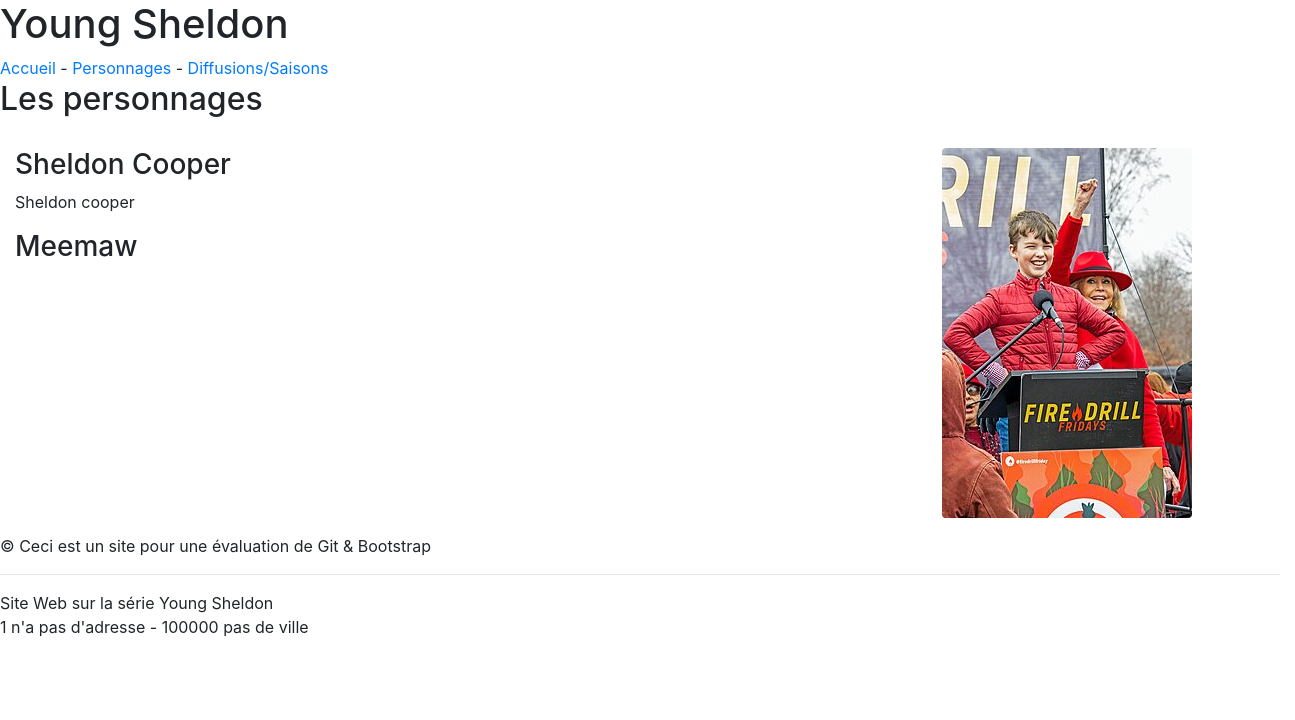
Repository: jkoz-dev/Site_Web_Young_Sheldon_KOZIEL.github.io
Page: personnages.html
These files come from the project's save history. The page is drawn as it stood at one moment and after the next save; the edit follows.
The browser window is 1280 px wide. The page is 1280 px wide, then 1295 px, so the pictures cover 1295 px, including what lies to the right of the window. The pictures show the whole page.

Above is the page before, as saved 2025-12-12 11:30:50.

### personnages.html
<!DOCTYPE html>
<html lang="fr">

<head> <!-- En-tête de la page -->
    <meta charset="utf-8" /> <!-- Cette balise indique l'encodage utilisé dans votre fichier .html ici utf-8 -->
    <title>Young Sheldon</title> <!-- Ce titre s'affiche dans l'onglet du navigateur -->
    <meta name="viewport" content="width=device-width, initial-scale=1, shrink-to-fit=no">
    <link rel="stylesheet" href="https://cdn.jsdelivr.net/npm/bootstrap@4.5.3/dist/css/bootstrap.min.css"
        integrity="sha384-TX8t27EcRE3e/ihU7zmQxVncDAy5uIKz4rEkgIXeMed4M0jlfIDPvg6uqKI2xXr2" crossorigin="anonymous">
    <link rel="stylesheet" href="style.css" />
</head>

<body> <!-- Corps de la page -->

    <!-- HEADER Titre de la page -->
    <header>
        <h1>Young Sheldon</h1>
    </header>
    <!-- MENU PRINCIPAL -->
    <nav><a href="index.html">Accueil</a> - <a href="personnages.html">Personnages</a> - <a
            href="saisons.html">Diffusions/Saisons</a></nav>

    <!-- ZONE PRINCIPALE -->
     <h2>Les personnages</h2>
    <div class="container-fluid" style="margin-top:30px;">
        <div class="row">
            <div class="col-sm-8">
                <h3>Sheldon Cooper</h3>
                <p>Sheldon cooper </p>
                <h3> Meemaw</h3>
            </div>
            <div class="col-sm-4">
                <figure>
                    <img src="./images/sheldon_cooper.jpg" class="rounded mx-auto d-block" alt="Sheldon Cooper"/>
                </figure>
            </div>
        </div>
    </div>
            <footer>
                <p>&copy; Ceci est un site pour une évaluation de Git & Bootstrap </p>
                <hr>
                <address>Site Web sur la série Young Sheldon <br> 1 n'a pas d'adresse - 100000 pas de ville</address>
            </footer>
</body>

</html>

Loaded but not shown: style.css (no stored copy; drawn as an empty file)

After the next save:
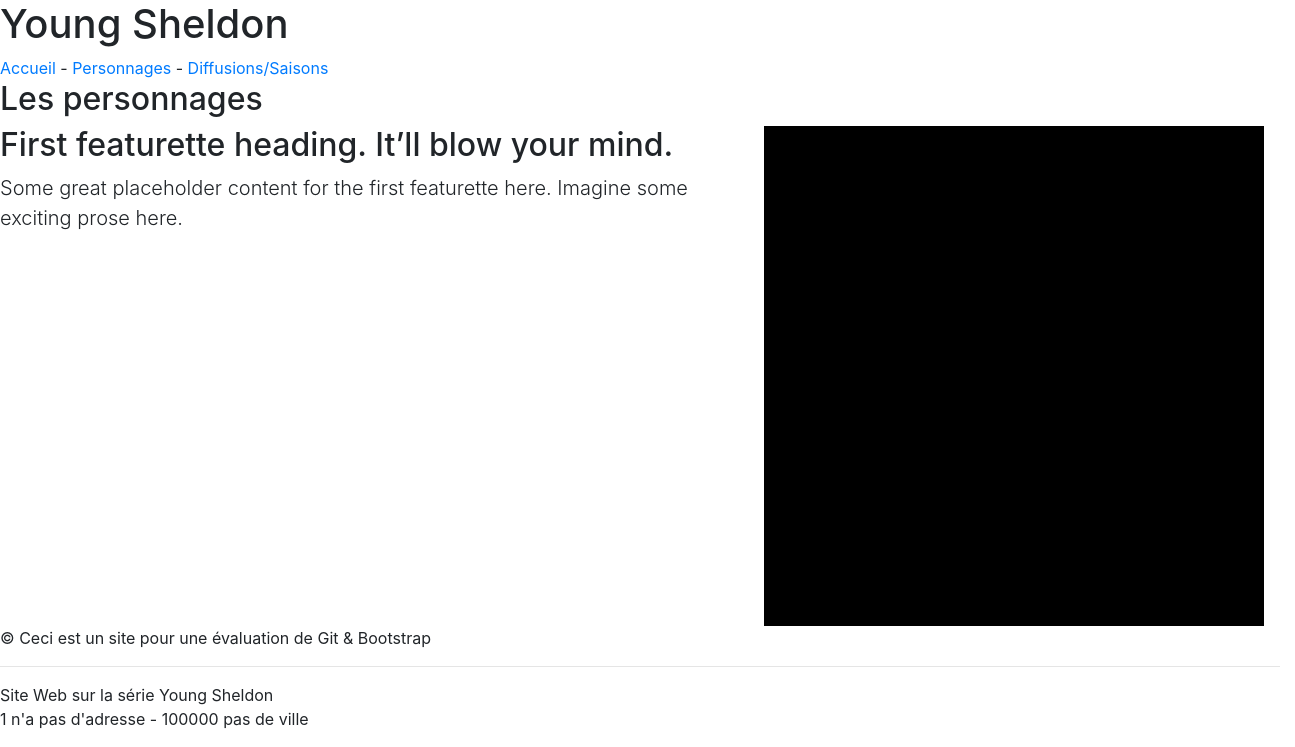
Saved 68 s later.
--- a/personnages.html
+++ b/personnages.html
@@ -21,26 +21,27 @@
             href="saisons.html">Diffusions/Saisons</a></nav>
 
     <!-- ZONE PRINCIPALE -->
-     <h2>Les personnages</h2>
-    <div class="container-fluid" style="margin-top:30px;">
-        <div class="row">
-            <div class="col-sm-8">
-                <h3>Sheldon Cooper</h3>
-                <p>Sheldon cooper </p>
-                <h3> Meemaw</h3>
-            </div>
-            <div class="col-sm-4">
-                <figure>
-                    <img src="./images/sheldon_cooper.jpg" class="rounded mx-auto d-block" alt="Sheldon Cooper"/>
-                </figure>
-            </div>
+    <h2>Les personnages</h2>
+    <div class="row featurette">
+        <div class="col-md-7">
+            <h2 class="featurette-heading fw-normal lh-1">First featurette heading. <span
+                    class="text-body-secondary">It’ll blow your mind.</span></h2>
+            <p class="lead">Some great placeholder content for the first featurette here. Imagine some exciting prose
+                here.</p>
         </div>
+        <div class="col-md-5"> <svg aria-label="Placeholder: 500x500"
+                class="bd-placeholder-img bd-placeholder-img-lg featurette-image img-fluid mx-auto" height="500"
+                preserveAspectRatio="xMidYMid slice" role="img" width="500" xmlns="http://www.w3.org/2000/svg">
+                <title>Placeholder</title>
+                <rect width="100%" height="100%" fill="var(--bs-secondary-bg)"></rect><text x="50%" y="50%"
+                    fill="var(--bs-secondary-color)" dy=".3em">500x500</text>
+            </svg> </div>
     </div>
-            <footer>
-                <p>&copy; Ceci est un site pour une évaluation de Git & Bootstrap </p>
-                <hr>
-                <address>Site Web sur la série Young Sheldon <br> 1 n'a pas d'adresse - 100000 pas de ville</address>
-            </footer>
+    <footer>
+        <p>&copy; Ceci est un site pour une évaluation de Git & Bootstrap </p>
+        <hr>
+        <address>Site Web sur la série Young Sheldon <br> 1 n'a pas d'adresse - 100000 pas de ville</address>
+    </footer>
 </body>
 
 </html>
